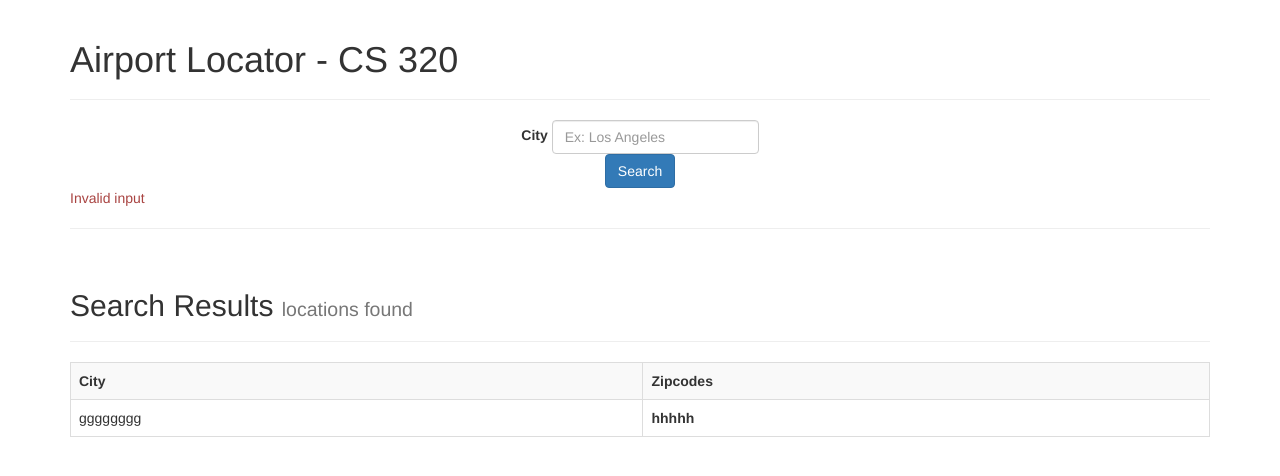
Repository: JamesPatel37/Java-Development-II-III
Page: http://localhost/CS320/ALView.jsp
The author's editor kept a copy of each file at every save. The page is drawn from the files as they stood at one save, then again after the next save.
The browser window is 1280 px wide. The pictures show the whole page.
The page is served by Tomcat 9. The template is opened directly, without the code that normally fills it, so the values that code supplies are empty.

Above is the page before, as saved 2015-06-14 21:54:49.

After the next save:
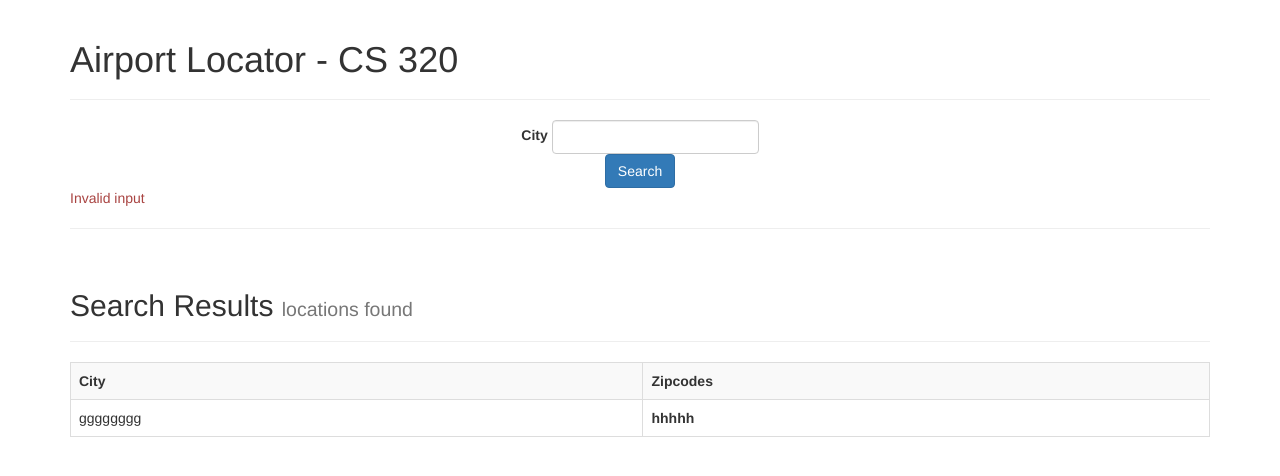
Saved 9 min 47 s later.
--- a/Workspace/CS320/WebContent/ALView.jsp
+++ b/Workspace/CS320/WebContent/ALView.jsp
@@ -41,7 +41,7 @@
 			<div class="form-group">
 				<label for="city">City</label> <input type="text"
 					class="form-control" name="city" id="city"
-					placeholder="Ex: Los Angeles">
+					>
 			</div>
 			<br>
 			<!-- div class="form-group">
